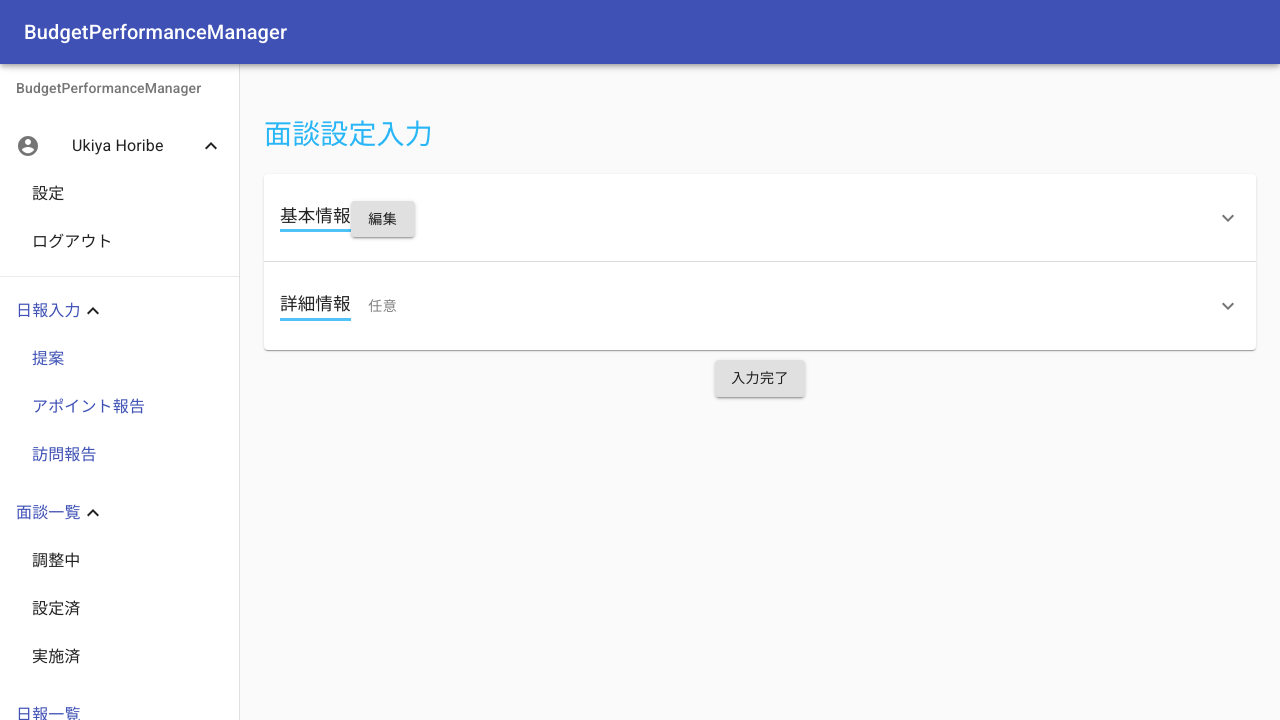
Repository: ukiyah/test
Page: /form_confirm_interview (app in src/)
An editor plug-in stored every save of this project. The page is shown before and after a run of saves, followed by the edit.
The browser window is 1280 px wide. The pictures show the whole page.
The project was rebuilt for these pictures with package versions that can differ from the ones it lists, and the page was loaded fresh each time. Also part of the build but not shown: src/Button.js, src/proposal/Table.js, src/proposal/list_proposal.js, src/Title.js, src/Chart.js, src/Deposits.js, src/Orders.js, src/Dashboard.js and 19 more. Imported but missing from the stored project, and not drawn on this page: src/appointment/visit/form_visit.

Above is the page before, as saved 2020-02-27 15:30:06.

### src/index.css
body {
  margin: 0;
  font-family: -apple-system, BlinkMacSystemFont, 'Segoe UI', 'Roboto', 'Oxygen',
    'Ubuntu', 'Cantarell', 'Fira Sans', 'Droid Sans', 'Helvetica Neue',
    sans-serif;
  -webkit-font-smoothing: antialiased;
  -moz-osx-font-smoothing: grayscale;
}

code {
  font-family: source-code-pro, Menlo, Monaco, Consolas, 'Courier New',
    monospace;
}

.button {
  color: #000;
}

h1 {
  text-align: center;
  color:#29B6F6;
  font-weight: normal;
}

### src/App.js
import React from 'react';
import 'typeface-roboto';
import {
  BrowserRouter,
  Route
} from "react-router-dom";
import list_proposal from "./proposal/list_proposal";
import Dashboard from "./Dashboard";
import list_interview from "./interview/list_interview";
import list_closing from "./closing/list_closing";
import list_appointment from "./appointment/list_appointment";
import list_daily_report from "./daily_report/list_daily_report";
import form_daily_report from "./daily_report/form_daily_report";
import form_proposal from "./proposal/form_proposal";
import form_appointment from "./appointment/appointment/form_appointment.jsx";
import form_visit from "./appointment/visit/form_visit";
import form_arrange_interview from "./interview/arrange/form_arrange_interview";
import form_confirm_interview from "./interview/confirm/form_confirm_interview";
import form_complete_interview from "./interview/complete/form_complete_interview";
class App extends React.Component{

  render() {
    return (
      <div>

        <BrowserRouter>
          <div>
            <Route exact path="/" component={Dashboard} />
            <Route path="/list_proposal" component={list_proposal} />
            <Route path="/list_interview" component={list_interview} />
            <Route path="/list_closing" component={list_closing} />
            <Route path="/list_appointment" component={list_appointment} />
            <Route path="/list_daily_report" component={list_daily_report} />
            <Route path="/form_daily_report" component={form_daily_report} />
            <Route path="/form_proposal" component={form_proposal} />
            <Route path="/form_appointment" component={form_appointment} />
            <Route path="/form_visit" component={form_visit} />
            <Route path="/form_arrange_interview" component={form_arrange_interview} />
            <Route path="/form_confirm_interview" component={form_confirm_interview} />
            <Route path="/form_complete_interview" component={form_complete_interview} />
         </div>
        </BrowserRouter>
        {/* <ClippedDrawer /> */}
      </div>
    );
  }

}

export default App;

### src/interview/confirm/form_confirm_interview.jsx
import React from 'react';
import clsx from 'clsx';
import { makeStyles } from '@material-ui/core/styles';
import CssBaseline from '@material-ui/core/CssBaseline';


import Container from '@material-ui/core/Container';
import Grid from '@material-ui/core/Grid';
import Drawer from "../../Drawer";
import ExpansionPanel from "./ExpansionPanel.jsx";
import Button from "@material-ui/core/Button";

const useStyles = makeStyles(theme => ({
  root: {
    display: 'flex',
  },

  appBarSpacer: theme.mixins.toolbar,
  content: {
    flexGrow: 1,
    height: '100vh',
    overflow: 'auto',
  },
  container: {
    paddingTop: theme.spacing(4),
    paddingBottom: theme.spacing(4),
  },

  fixedHeight: {
    height: 520,
  },
}));

export default function Dashboard() {
  const classes = useStyles();
  return (
    <div className={classes.root}>
      <CssBaseline />
      <Drawer />
      <main className={classes.content}>
        <div className={classes.appBarSpacer} />
        <Container maxWidth="lg" className={classes.container}>
          <Grid container spacing={3}>

            <Grid item xs={12} >
              <span style={{display:"flex"}}>
                <h1>面談設定入力</h1>
              </span>
                <ExpansionPanel />
              <div style={{marginTop: 10, textAlign: "center"}}>
                <Button variant="contained" >入力完了</Button>
              </div>

            </Grid>

          </Grid>

        </Container>
      </main>
    </div>
  );
}

### src/Drawer.js
import React from 'react';
import { makeStyles } from '@material-ui/core/styles';
import Drawer from '@material-ui/core/Drawer';
import AppBar from '@material-ui/core/AppBar';
import CssBaseline from '@material-ui/core/CssBaseline';
import Toolbar from '@material-ui/core/Toolbar';
import Typography from '@material-ui/core/Typography';
import SimpleTable from "./proposal/Table";
import NestedList from "./NestedList";
const drawerWidth = 240;

const useStyles = makeStyles(theme => ({
  root: {
    display: 'flex',
  },
  appBar: {
    zIndex: theme.zIndex.drawer + 1,
  },
  drawer: {
    width: drawerWidth,
    flexShrink: 0,
  },
  drawerPaper: {
    width: drawerWidth,
  },
  content: {
    flexGrow: 1,
    padding: theme.spacing(3),
  },
  toolbar: theme.mixins.toolbar,
}));

export default function ClippedDrawer() {
  const classes = useStyles();

  return (
    <div className={classes.root}>
      <CssBaseline />
      <AppBar position="fixed" className={classes.appBar}>
        <Toolbar>
          <Typography variant="h6" noWrap>
            BudgetPerformanceManager
          </Typography>
        </Toolbar>
      </AppBar>
      <Drawer
        className={classes.drawer}
        variant="permanent"
        classes={{
          paper: classes.drawerPaper,
        }}
      >
        <div className={classes.toolbar} />
        <NestedList />
      </Drawer>

    </div>
  );
}

### src/interview/confirm/ExpansionPanel.jsx
import React from 'react';
import { makeStyles } from '@material-ui/core/styles';
import ExpansionPanel from '@material-ui/core/ExpansionPanel';
import ExpansionPanelSummary from '@material-ui/core/ExpansionPanelSummary';
import ExpansionPanelDetails from '@material-ui/core/ExpansionPanelDetails';
import Typography from '@material-ui/core/Typography';
import ExpandMoreIcon from '@material-ui/icons/ExpandMore';
import SelectBox from "../../SelectBox.jsx";
import TextField from "../../TextField";
import Button from "@material-ui/core/Button";
import Switch from "../../Switch";
import MultiLineTextField from "../../MultiLineTextField";
import RadioButton from "../RadioButton_Collabo";

const useStyles = makeStyles(theme => ({
  root: {
    width: '100%',
  },
  heading: {
    fontSize: theme.typography.pxToRem(15),
    fontWeight: theme.typography.fontWeightRegular,
  },
  list: {
    marginBottom: 5,
  }
}));

export default function SimpleExpansionPanel() {
  const classes = useStyles();

  return (
    <div className={classes.root}>
      <ExpansionPanel>
        <ExpansionPanelSummary
          expandIcon={<ExpandMoreIcon />}
          aria-controls="panel1a-content"
          id="panel1a-header"
        >
          <Typography className={classes.heading}>
          <div style={{ display: "flex" }}>
            <h3 style={{ fontWeight: "normal", borderBottom: "solid 3px #4FC3F7" }}>
            基本情報
            </h3>
            <span style={{display: "inline", marginTop: 15}}>
              <Button variant="contained" style={{textAlign: "right"}}>編集</Button>
            </span>
          </div>
          </Typography>
        </ExpansionPanelSummary>
        <ExpansionPanelDetails>
          <Typography >
          <div style={{ display: "flex" }}>
            <TextField label="上位企業" value="株式会社ABC" />
            <TextField label="下位企業" value="株式会社XYZ" />
          </div>
          </Typography>
        </ExpansionPanelDetails>
      </ExpansionPanel>
      <ExpansionPanel>
        <ExpansionPanelSummary
          expandIcon={<ExpandMoreIcon />}
          aria-controls="panel1a-content"
          id="panel1a-header"
        >
          <Typography className={classes.heading}>
          <div style={{ display: "flex" }}>
            <h3 style={{ fontWeight: "normal", borderBottom: "solid 3px #4FC3F7" }}>
              詳細情報
            </h3><Button disabled style={{color:"gray"}}>任意</Button>
          </div>
          </Typography>
        </ExpansionPanelSummary>
        <ExpansionPanelDetails>
          <Typography >
            <Switch label="終了者の場合はオンにしてください" />
            <br></br>
            <h4 style={{fontWeight:"normal",borderBottom: "solid 1px #4FC3F7"}}>
              日時・場所
            </h4>
            <div style={{ display: "flex" }}>
              <SelectBox value="年" item1="2020" />
              <SelectBox value="月" item1="3" item2="4" item3="5" />
              <SelectBox value="日" item1="1" item2="2" item3="3" />
            </div>
            <br></br>
            <TextField label="場所"/>
            <h4 style={{fontWeight:"normal",borderBottom: "solid 1px #4FC3F7"}}>
            求められるスキル
            </h4>
            <SelectBox value="スキル1" item1="Javascript" item2="React" item3="Python" />
            <SelectBox value="スキル2" item1="Javascript" item2="React" item3="Python" />
            <SelectBox value="スキル3" item1="Javascript" item2="React" item3="Python" />
          <br></br>
            <h4 style={{fontWeight:"normal",borderBottom: "solid 1px #4FC3F7"}}>
              金額
            </h4>
            <div style={{display:"flex"}}>
              <TextField label="提案" /><p>万</p>
            </div>
            <div style={{display:"flex"}}>
              <TextField label="仕入" /><p>万</p>
            </div>
            <div style={{display:"flex"}}>
              <TextField label="粗利" /><p>万</p>
            </div>
            <h4 style={{fontWeight:"normal",borderBottom: "solid 1px #4FC3F7"}}>
              備考
            </h4>
            <MultiLineTextField />
          </Typography>
        </ExpansionPanelDetails>
      </ExpansionPanel>


    </div>
  );
}

### src/NestedList.js
import React from 'react';
import { makeStyles } from '@material-ui/core/styles';
import ListSubheader from '@material-ui/core/ListSubheader';
import List from '@material-ui/core/List';
import ListItem from '@material-ui/core/ListItem';
import ListItemIcon from '@material-ui/core/ListItemIcon';
import ListItemText from '@material-ui/core/ListItemText';
import Collapse from '@material-ui/core/Collapse';
import InboxIcon from '@material-ui/icons/MoveToInbox';
import DraftsIcon from '@material-ui/icons/Drafts';
import SendIcon from '@material-ui/icons/Send';
import ExpandLess from '@material-ui/icons/ExpandLess';
import ExpandMore from '@material-ui/icons/ExpandMore';
import StarBorder from '@material-ui/icons/StarBorder';
import AccountCircle from '@material-ui/icons/AccountCircle';
import Divider from '@material-ui/core/Divider';
import Link from '@material-ui/core/Link';
const useStyles = makeStyles(theme => ({
  root: {
    width: '100%',
    maxWidth: 360,
    backgroundColor: theme.palette.background.paper,
  },
  nested: {
    paddingLeft: theme.spacing(4),
  },
}));

export default function NestedList() {
  const classes = useStyles();
  const [open1, setOpen1] = React.useState(true);
  const [open2, setOpen2] = React.useState(true);
  const [open3, setOpen3] = React.useState(true);
  const [open4, setOpen4] = React.useState(true);

  const handleClick1 = () => {
    setOpen1(!open1);
  };
  const handleClick2 = () => {
    setOpen2(!open2);
  };
  const handleClick3 = () => {
    setOpen3(!open3);
  };
  const handleClick4 = () => {
    setOpen4(!open4);
  };
  return (
    <List
      component="nav"
      aria-labelledby="nested-list-subheader"
      subheader={
        <ListSubheader component="div" id="nested-list-subheader">
          BudgetPerformanceManager
        </ListSubheader>
      }
      className={classes.root}
    >
      <div style={{ marginTop: 10, marginBottom: 10 }}>
        <ListItem button onClick={handleClick1}>
          <ListItemIcon>
            <AccountCircle />
          </ListItemIcon>
          <ListItemText primary="Ukiya Horibe" />
          {open1 ? <ExpandLess /> : <ExpandMore />}
        </ListItem>
        <Collapse in={open1} timeout="auto" unmountOnExit>
          <List component="div" disablePadding>
            <ListItem button className={classes.nested}>
              {/* <ListItemIcon>
              <StarBorder />
            </ListItemIcon> */}
              <ListItemText primary="設定" />
            </ListItem>
            <ListItem button className={classes.nested}>
              <ListItemText primary="ログアウト" />
            </ListItem>
          </List>
        </Collapse>
      </div>
      <Divider light />
      <div style={{ marginTop: 10 }}>
        <ListItem button onClick={handleClick2}>
          <Link href="form_daily_report" >
            <ListItemText primary="日報入力" />
          </Link>
          {open2 ? <ExpandLess /> : <ExpandMore />}
        </ListItem>
        <Collapse in={open2} timeout="auto" unmountOnExit>
          <List component="div" disablePadding>
            <ListItem button className={classes.nested}>
              <Link href="form_proposal" >
                <ListItemText primary="提案" />
              </Link>
            </ListItem>
            <ListItem button className={classes.nested}>
              <Link href="form_appointment" >
                <ListItemText primary="アポイント報告" />
              </Link>
            </ListItem>
            <ListItem button className={classes.nested}>
              <Link href="form_visit">
                <ListItemText primary="訪問報告" />
              </Link>
            </ListItem>
          </List>
        </Collapse>
      </div>
      <div style={{ marginTop: 10 }}>
        <ListItem button onClick={handleClick3}>
          <Link href="list_interview" >
            <ListItemText primary="面談一覧" />
          </Link>

          {open3 ? <ExpandLess /> : <ExpandMore />}
        </ListItem>
        <Collapse in={open3} timeout="auto" unmountOnExit>
          <List component="div" disablePadding>
            <ListItem button className={classes.nested}>
              <ListItemText primary="調整中" />
            </ListItem>
            <ListItem button className={classes.nested}>
              <ListItemText primary="設定済" />
            </ListItem>
            <ListItem button className={classes.nested}>
              <ListItemText primary="実施済" />
            </ListItem>
          </List>
        </Collapse>
      </div>
      <div style={{ marginTop: 10 }}>
        <ListItem button>
          <Link href="/list_daily_report" >
            <ListItemText primary="日報一覧" />
          </Link>
        </ListItem>
      </div>
      <div style={{ marginTop: 10 }}>
        <ListItem button onClick={handleClick4}>
          <ListItemText primary="その他の一覧" />

          {open4 ? <ExpandLess /> : <ExpandMore />}
        </ListItem>
        <Collapse in={open4} timeout="auto" unmountOnExit>
          <List component="div" disablePadding>
            <ListItem button className={classes.nested}>
              <Link href="/list_proposal" >
                <ListItemText primary="提案" />
              </Link>

            </ListItem>
            <ListItem button className={classes.nested}>
              <Link href="/list_closing" >
                <ListItemText primary="成約" />
              </Link>
            </ListItem>
            <ListItem button className={classes.nested}>
              <Link href="/list_appointment" >
                <ListItemText primary="架電報告" />
              </Link>
            </ListItem>
          </List>
        </Collapse>
      </div>
    </List>
  );
}

### src/SelectBox.jsx
import React from 'react';
import { makeStyles } from '@material-ui/core/styles';
import InputLabel from '@material-ui/core/InputLabel';
import FormControl from '@material-ui/core/FormControl';
import Select from '@material-ui/core/Select';

const useStyles = makeStyles(theme => ({
  formControl: {
    margin: theme.spacing(1),
    minWidth: 120,
  },
  selectEmpty: {
    marginTop: theme.spacing(2),
  },
}));

export default function NativeSelects(props) {
  const classes = useStyles();
  const [state, setState] = React.useState({
    age: '',
    name: 'hai',
  });



  const handleChange = name => event => {
    setState({
      ...state,
      [name]: event.target.value,
    });
  };

  return (
    <div>

      <FormControl className={classes.formControl}>
        <InputLabel htmlFor="age-native-simple">{props.value}</InputLabel>
        <Select
          native
          value={state.age}
          onChange={handleChange('age')}
          inputProps={{
            name: 'age',
            id: 'age-native-simple',
          }}
        >
          <option value="" />
          <option value={10}>{props.item1}</option>
          <option value={20}>{props.item2}</option>
          <option value={30}>{props.item3}</option>
        </Select>
      </FormControl>




    </div>
  );
}

### src/TextField.jsx
import React from 'react';
import { makeStyles } from '@material-ui/core/styles';
import TextField from '@material-ui/core/TextField';

const useStyles = makeStyles(theme => ({
  root: {
    '& > *': {
      margin: theme.spacing(1),
      width: 200,
    },
  },
}));

export default function BasicTextFields(props) {
  const classes = useStyles();

  return (
    <form className={classes.root} noValidate autoComplete="off">
      <TextField id="standard-basic" label={props.label} value={props.value}/>
    </form>
  );
}

### src/Switch.jsx
import React from 'react';
import FormGroup from '@material-ui/core/FormGroup';
import FormControlLabel from '@material-ui/core/FormControlLabel';
import Switch from '@material-ui/core/Switch';
export default function SwitchLabels(props) {

  const [state, setState] = React.useState({
    checkedB: false,
  });

  const handleChange = name => event => {
    setState({ ...state, [name]: event.target.checked });
  };
  return (
    <FormGroup row>

      <FormControlLabel
        control={
          <Switch
            checked={state.checkedB}
            onChange={handleChange('checkedB')}
            value="checkedB"
            color="primary"
          />
        }
        label={props.label}
      />
    </FormGroup>
  );
}

### src/MultiLineTextField.jsx
import React from 'react';
import { makeStyles } from '@material-ui/core/styles';
import TextField from '@material-ui/core/TextField';

const useStyles = makeStyles(theme => ({
  root: {
    '& .MuiTextField-root': {
      margin: theme.spacing(1),
      width: 600,
    },
  },
}));

export default function MultilineTextFields(props) {
  const classes = useStyles();
  const [value, setValue] = React.useState('Controlled');

  const handleChange = event => {
    setValue(event.target.value);
  };

  return (
    <form className={classes.root} noValidate autoComplete="off">
        <TextField
          id="outlined-multiline-static"
          label={props.label}
          multiline
          rows="4"
          variant="outlined"
        />
    </form>
  );
}

Loaded but not shown: src/index.js (common file); src/serviceWorker.js (common file); src/appointment/appointment/form_appointment.jsx (no stored copy; drawn as an empty file)

After the next 3 saves:
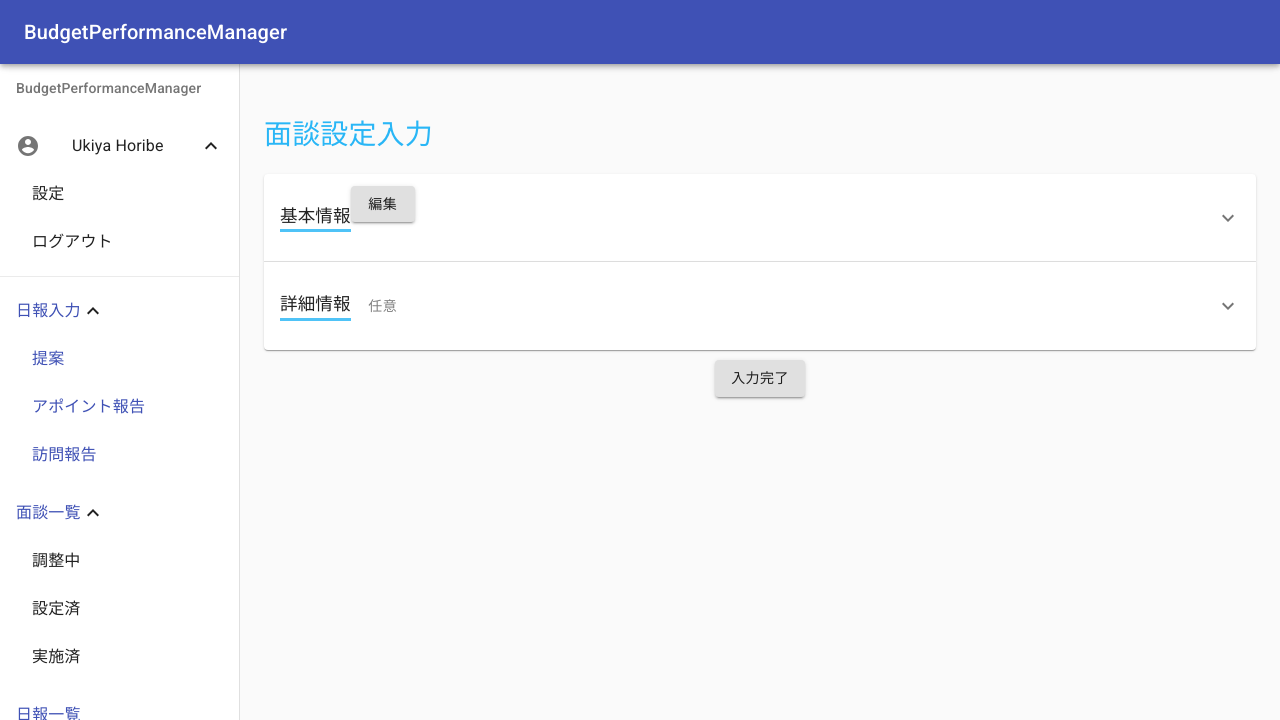
The 3 saves are shown as one change because 2 did not build or start.
The last was saved 2 min 50 s later.
--- a/src/interview/confirm/ExpansionPanel.jsx
+++ b/src/interview/confirm/ExpansionPanel.jsx
@@ -41,8 +41,8 @@ export default function SimpleExpansionPanel() {
             <h3 style={{ fontWeight: "normal", borderBottom: "solid 3px #4FC3F7" }}>
             基本情報
             </h3>
-            <span style={{display: "inline", marginTop: 15}}>
-              <Button variant="contained" style={{textAlign: "right"}}>編集</Button>
+            <span style={{display: "inline", margin: "15 0 0 auto"}}>
+              <Button variant="contained" >編集</Button>
             </span>
           </div>
           </Typography>
